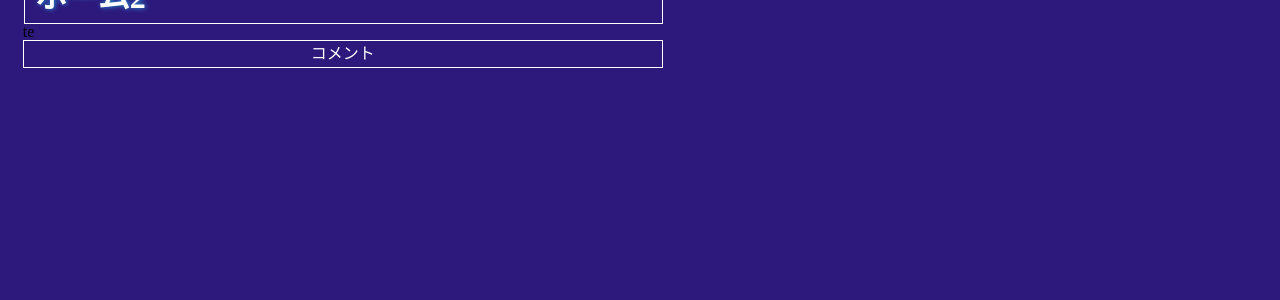
Repository: azuma2/tui2b
Page: http://localhost/come
An editor plug-in stored every save of this project. The page is shown before and after a run of saves, followed by the edit.
The browser window is 1280 px wide. The pictures show the whole page.
The page is served by the project's Laravel application, run on PHP 8.4 with Laravel 8. Queries for data that is not in the repository find no rows.

Above is the page before, as saved 2022-03-29 02:35:52.

After the next 3 saves:
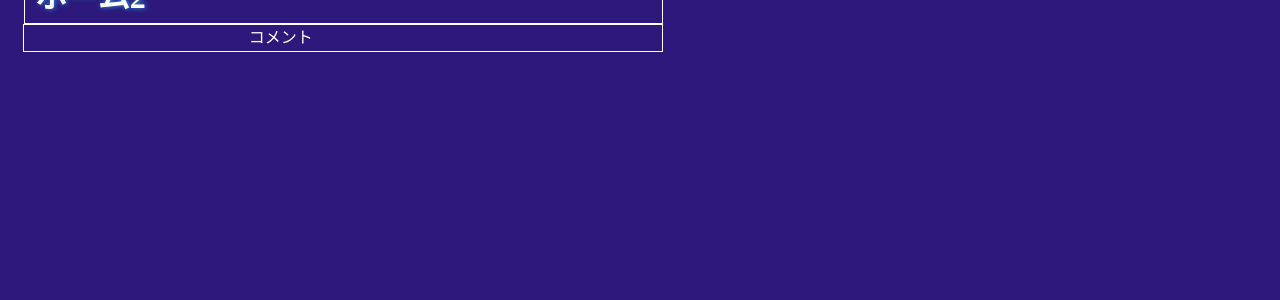
The 3 saves are shown as one change because they came seconds apart.
The last was saved 8 s later.
--- a/resources/views/come.blade.php
+++ b/resources/views/come.blade.php
@@ -179,7 +179,9 @@ font-size:28px;
   <td colspan="5">
     <p class="daiji">コメント</p>
   </td>
-  te
+  <td>
+
+  </td>
 </tr>
 
                   </table>
